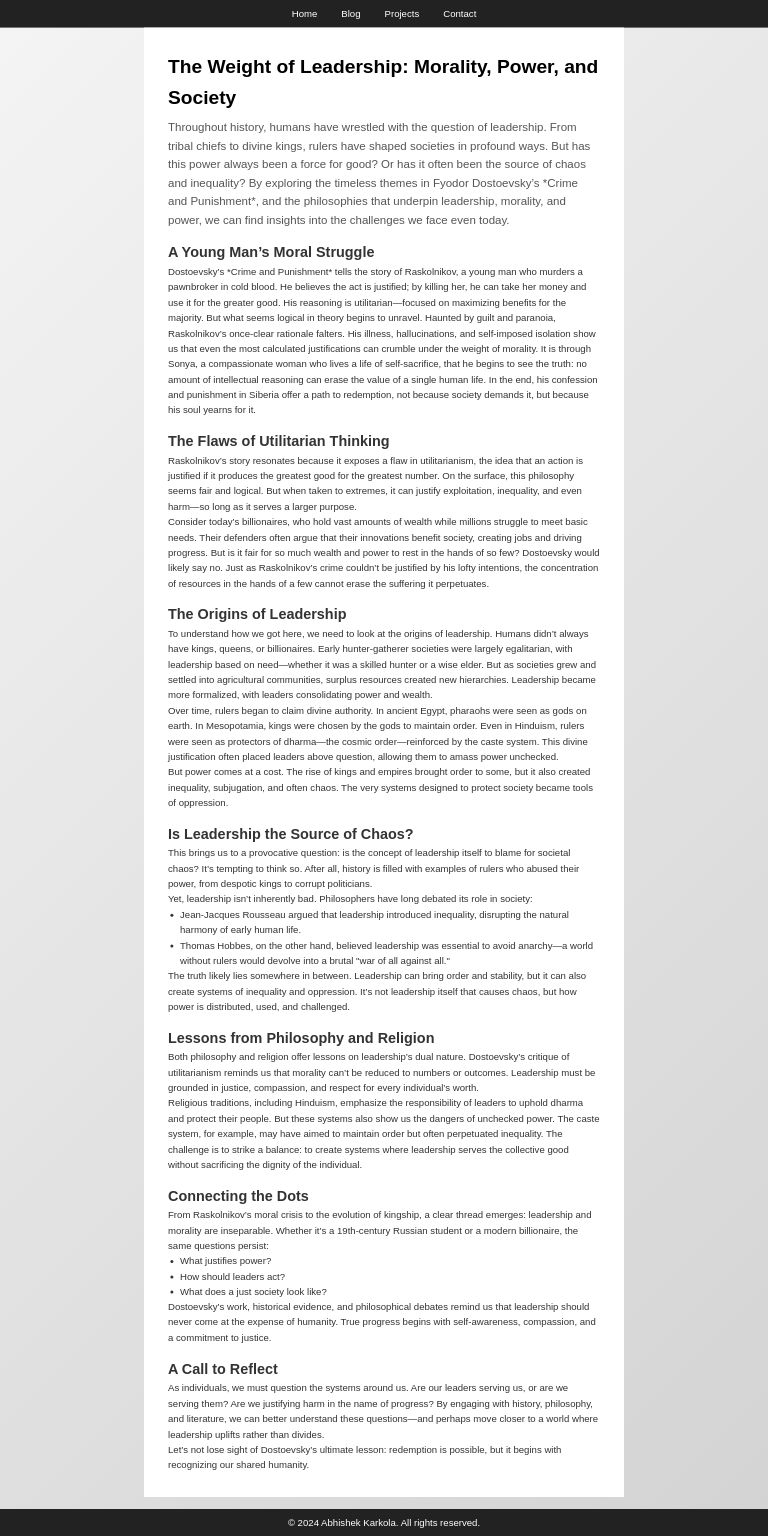
Repository: APersonalVoyage/APersonalVoyage.github.io
Page: blog_post_1.html
These files come from the project's save history. The page is drawn as it stood at one moment and after the next save; the edit follows.
The browser window is 1280 px wide. The pictures show the whole page, at 60% of full size.

Above is the page before, as saved 2024-11-16 22:19:10.

### blog_post_1.html
<!DOCTYPE html>
<html lang="en">
<head>
  <meta charset="UTF-8">
  <meta name="viewport" content="width=device-width, initial-scale=1.0">
  <title>The Weight of Leadership: Morality, Power, and Society</title>
  <link rel="stylesheet" href="blog.css">
</head>
<body>
  <header class="header">
    <nav class="navbar">
      <ul class="nav-list">
        <li><a href="index.html" class="nav-link">Home</a></li>
        <li><a href="blog.html" class="nav-link">Blog</a></li>
        <li><a href="#projects" class="nav-link">Projects</a></li>
        <li><a href="#contact" class="nav-link">Contact</a></li>
      </ul>
    </nav>
  </header>

  <main class="main-content">
    <article class="blog-article">
      <header class="blog-header">
        <h1 class="blog-article-title">The Weight of Leadership: Morality, Power, and Society</h1>
        <p class="blog-article-intro">
          Throughout history, humans have wrestled with the question of leadership. From tribal chiefs to divine kings, rulers have shaped societies in profound ways. But has this power always been a force for good? Or has it often been the source of chaos and inequality? By exploring the timeless themes in Fyodor Dostoevsky’s *Crime and Punishment*, and the philosophies that underpin leadership, morality, and power, we can find insights into the challenges we face even today.
        </p>
      </header>

      <section class="blog-body">
        <h4 class="subheading">A Young Man’s Moral Struggle</h4>
        <p class="blog-article-body">
          Dostoevsky’s *Crime and Punishment* tells the story of Raskolnikov, a young man who murders a pawnbroker in cold blood. He believes the act is justified; by killing her, he can take her money and use it for the greater good. His reasoning is utilitarian—focused on maximizing benefits for the majority. But what seems logical in theory begins to unravel. Haunted by guilt and paranoia, Raskolnikov’s once-clear rationale falters. His illness, hallucinations, and self-imposed isolation show us that even the most calculated justifications can crumble under the weight of morality. It is through Sonya, a compassionate woman who lives a life of self-sacrifice, that he begins to see the truth: no amount of intellectual reasoning can erase the value of a single human life. In the end, his confession and punishment in Siberia offer a path to redemption, not because society demands it, but because his soul yearns for it.
        </p>

        <h4 class="subheading">The Flaws of Utilitarian Thinking</h4>
        <p class="blog-article-body">
          Raskolnikov’s story resonates because it exposes a flaw in utilitarianism, the idea that an action is justified if it produces the greatest good for the greatest number. On the surface, this philosophy seems fair and logical. But when taken to extremes, it can justify exploitation, inequality, and even harm—so long as it serves a larger purpose.
        </p>
        <p class="blog-article-body">
          Consider today’s billionaires, who hold vast amounts of wealth while millions struggle to meet basic needs. Their defenders often argue that their innovations benefit society, creating jobs and driving progress. But is it fair for so much wealth and power to rest in the hands of so few? Dostoevsky would likely say no. Just as Raskolnikov’s crime couldn’t be justified by his lofty intentions, the concentration of resources in the hands of a few cannot erase the suffering it perpetuates.
        </p>

        <h4 class="subheading">The Origins of Leadership</h4>
        <p class="blog-article-body">
          To understand how we got here, we need to look at the origins of leadership. Humans didn’t always have kings, queens, or billionaires. Early hunter-gatherer societies were largely egalitarian, with leadership based on need—whether it was a skilled hunter or a wise elder. But as societies grew and settled into agricultural communities, surplus resources created new hierarchies. Leadership became more formalized, with leaders consolidating power and wealth.
        </p>
        <p class="blog-article-body">
          Over time, rulers began to claim divine authority. In ancient Egypt, pharaohs were seen as gods on earth. In Mesopotamia, kings were chosen by the gods to maintain order. Even in Hinduism, rulers were seen as protectors of dharma—the cosmic order—reinforced by the caste system. This divine justification often placed leaders above question, allowing them to amass power unchecked.
        </p>
        <p class="blog-article-body">
          But power comes at a cost. The rise of kings and empires brought order to some, but it also created inequality, subjugation, and often chaos. The very systems designed to protect society became tools of oppression.
        </p>

        <h4 class="subheading">Is Leadership the Source of Chaos?</h4>
        <p class="blog-article-body">
          This brings us to a provocative question: is the concept of leadership itself to blame for societal chaos? It’s tempting to think so. After all, history is filled with examples of rulers who abused their power, from despotic kings to corrupt politicians.
        </p>
        <p class="blog-article-body">
          Yet, leadership isn’t inherently bad. Philosophers have long debated its role in society:
        </p>
        <ul class="philosophers-list">
          <li>Jean-Jacques Rousseau argued that leadership introduced inequality, disrupting the natural harmony of early human life.</li>
          <li>Thomas Hobbes, on the other hand, believed leadership was essential to avoid anarchy—a world without rulers would devolve into a brutal "war of all against all."</li>
        </ul>
        <p class="blog-article-body">
          The truth likely lies somewhere in between. Leadership can bring order and stability, but it can also create systems of inequality and oppression. It’s not leadership itself that causes chaos, but how power is distributed, used, and challenged.
        </p>

        <h4 class="subheading">Lessons from Philosophy and Religion</h4>
        <p class="blog-article-body">
          Both philosophy and religion offer lessons on leadership’s dual nature. Dostoevsky’s critique of utilitarianism reminds us that morality can’t be reduced to numbers or outcomes. Leadership must be grounded in justice, compassion, and respect for every individual’s worth.
        </p>
        <p class="blog-article-body">
          Religious traditions, including Hinduism, emphasize the responsibility of leaders to uphold dharma and protect their people. But these systems also show us the dangers of unchecked power. The caste system, for example, may have aimed to maintain order but often perpetuated inequality. The challenge is to strike a balance: to create systems where leadership serves the collective good without sacrificing the dignity of the individual.
        </p>

        <h4 class="subheading">Connecting the Dots</h4>
        <p class="blog-article-body">
          From Raskolnikov’s moral crisis to the evolution of kingship, a clear thread emerges: leadership and morality are inseparable. Whether it’s a 19th-century Russian student or a modern billionaire, the same questions persist:
        </p>
        <ul class="reflection-questions">
          <li>What justifies power?</li>
          <li>How should leaders act?</li>
          <li>What does a just society look like?</li>
        </ul>
        <p class="blog-article-body">
          Dostoevsky’s work, historical evidence, and philosophical debates remind us that leadership should never come at the expense of humanity. True progress begins with self-awareness, compassion, and a commitment to justice.
        </p>

        <h4 class="subheading">A Call to Reflect</h4>
        <p class="blog-article-body">
          As individuals, we must question the systems around us. Are our leaders serving us, or are we serving them? Are we justifying harm in the name of progress? By engaging with history, philosophy, and literature, we can better understand these questions—and perhaps move closer to a world where leadership uplifts rather than divides.
        </p>
        <p class="blog-article-body">
          Let’s not lose sight of Dostoevsky’s ultimate lesson: redemption is possible, but it begins with recognizing our shared humanity.
        </p>
      </section>
    </article>
  </main>

  <footer class="footer">
    <p>&copy; 2024 Abhishek Karkola. All rights reserved.</p>
  </footer>
</body>
</html>

### blog.css
/* General Reset */
* {
  margin: 0;
  padding: 0;
  box-sizing: border-box;
}

body {
  font-family: Arial, sans-serif;
  line-height: 1.6;
  margin: 0;
  padding: 0;
  background: linear-gradient(135deg, #f4f4f4, #d3d3d3); /* Consistent gradient background */
}

.header {
  background: #222; /* Darker color for the header */
  color: white;
  padding: 10px 0;
}

.navbar {
  display: flex;
  justify-content: center; /* Centers the navigation items */
  align-items: center;
}

.navbar .nav-list {
  list-style: none;
  display: flex; /* Aligns items horizontally */
  padding: 0;
  margin: 0;
}

.navbar .nav-link {
  color: white;
  text-decoration: none;
  padding: 10px 20px;
}

.navbar .nav-link:hover {
  color: #ff9900; /* Highlight on hover */
}

.main-content {
  padding: 20px;
  max-width: 800px;
  margin: 0 auto;
  background: white;
}

.blog-article {
  margin: 20px;
}

.blog-article-title {
  font-size: 2rem;
  font-weight: bold;
  margin-bottom: 10px;
}

.blog-article-intro {
  font-size: 1.2rem;
  color: #555;
}

.blog-body {
  font-size: 1rem;
  color: #333;
  margin-top: 20px;
}

.subheading {
  font-size: 1.5rem;
  margin-top: 20px;
}

.philosophers-list,
.reflection-questions {
  margin-left: 20px;
}

.footer {
  text-align: center;
  background: #222; /* Matches the header */
  color: white;
  padding: 10px;
  margin-top: 20px;
}

After the next save:
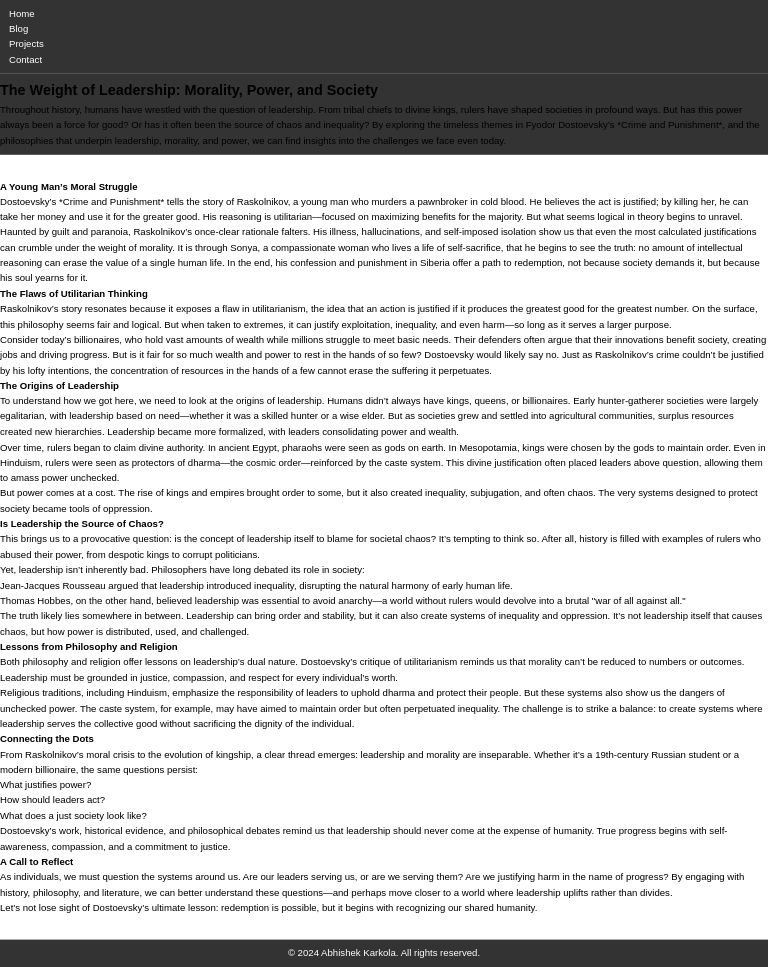
Saved 62 s later.
--- a/blog.css
+++ b/blog.css
@@ -1,4 +1,4 @@
-/* General Reset */
+/* General reset and layout */
 * {
   margin: 0;
   padding: 0;
@@ -8,82 +8,93 @@
 body {
   font-family: Arial, sans-serif;
   line-height: 1.6;
-  margin: 0;
-  padding: 0;
-  background: linear-gradient(135deg, #f4f4f4, #d3d3d3); /* Consistent gradient background */
 }
 
-.header {
-  background: #222; /* Darker color for the header */
-  color: white;
+header {
+  background-color: #333;
   padding: 10px 0;
 }
 
-.navbar {
+.nav-links {
   display: flex;
-  justify-content: center; /* Centers the navigation items */
-  align-items: center;
+  justify-content: center;
+  list-style: none;
 }
 
-.navbar .nav-list {
-  list-style: none;
-  display: flex; /* Aligns items horizontally */
-  padding: 0;
-  margin: 0;
+.nav-link {
+  color: white;
+  text-decoration: none;
+  padding: 0 15px;
 }
 
-.navbar .nav-link {
-  color: white;
-  text-decoration: none;
-  padding: 10px 20px;
+.nav-link:hover,
+.nav-link.active {
+  color: #ff9900;
 }
 
-.navbar .nav-link:hover {
+/* Main section styling */
+.blog-section-container {
+  padding: 20px;
+  text-align: center;
+}
+
+.blog-header {
+  margin-bottom: 40px; /* Adds space between title and blog post */
+}
+
+.title {
+  font-size: 2rem;
+  margin-bottom: 10px; /* Space below title */
+}
+
+.section__text {
+  font-size: 1.2rem;
+  color: #666;
+  margin-bottom: 40px;
+}
+
+.blog-containers {
+  display: flex;
+  flex-direction: column;
+  align-items: center; /* Aligns blog posts to the center */
+  gap: 30px; /* Space between posts */
+}
+
+.blog-details {
+  background-color: #f9f9f9;
+  padding: 20px;
+  width: 80%; /* Makes sure the blog posts aren't too wide */
+  max-width: 800px; /* Limits the maximum width */
+  border-radius: 8px;
+  box-shadow: 0 4px 8px rgba(0, 0, 0, 0.1);
+}
+
+.project-title {
+  font-size: 1.5rem;
+  margin-bottom: 15px;
+}
+
+.blog-link {
+  text-decoration: none;
+  color: #333;
+}
+
+.blog-link:hover {
   color: #ff9900; /* Highlight on hover */
 }
 
-.main-content {
-  padding: 20px;
-  max-width: 800px;
-  margin: 0 auto;
-  background: white;
+.blog-summary {
+  font-size: 1rem;
+  color: #666;
+  line-height: 1.6;
+  margin-bottom: 20px;
 }
 
-.blog-article {
-  margin: 20px;
+/* Footer Styling */
+footer {
+  background-color: #333;
+  color: white;
+  text-align: center;
+  padding: 10px 0;
+  margin-top: 40px;
 }
-
-.blog-article-title {
-  font-size: 2rem;
-  font-weight: bold;
-  margin-bottom: 10px;
-}
-
-.blog-article-intro {
-  font-size: 1.2rem;
-  color: #555;
-}
-
-.blog-body {
-  font-size: 1rem;
-  color: #333;
-  margin-top: 20px;
-}
-
-.subheading {
-  font-size: 1.5rem;
-  margin-top: 20px;
-}
-
-.philosophers-list,
-.reflection-questions {
-  margin-left: 20px;
-}
-
-.footer {
-  text-align: center;
-  background: #222; /* Matches the header */
-  color: white;
-  padding: 10px;
-  margin-top: 20px;
-}
